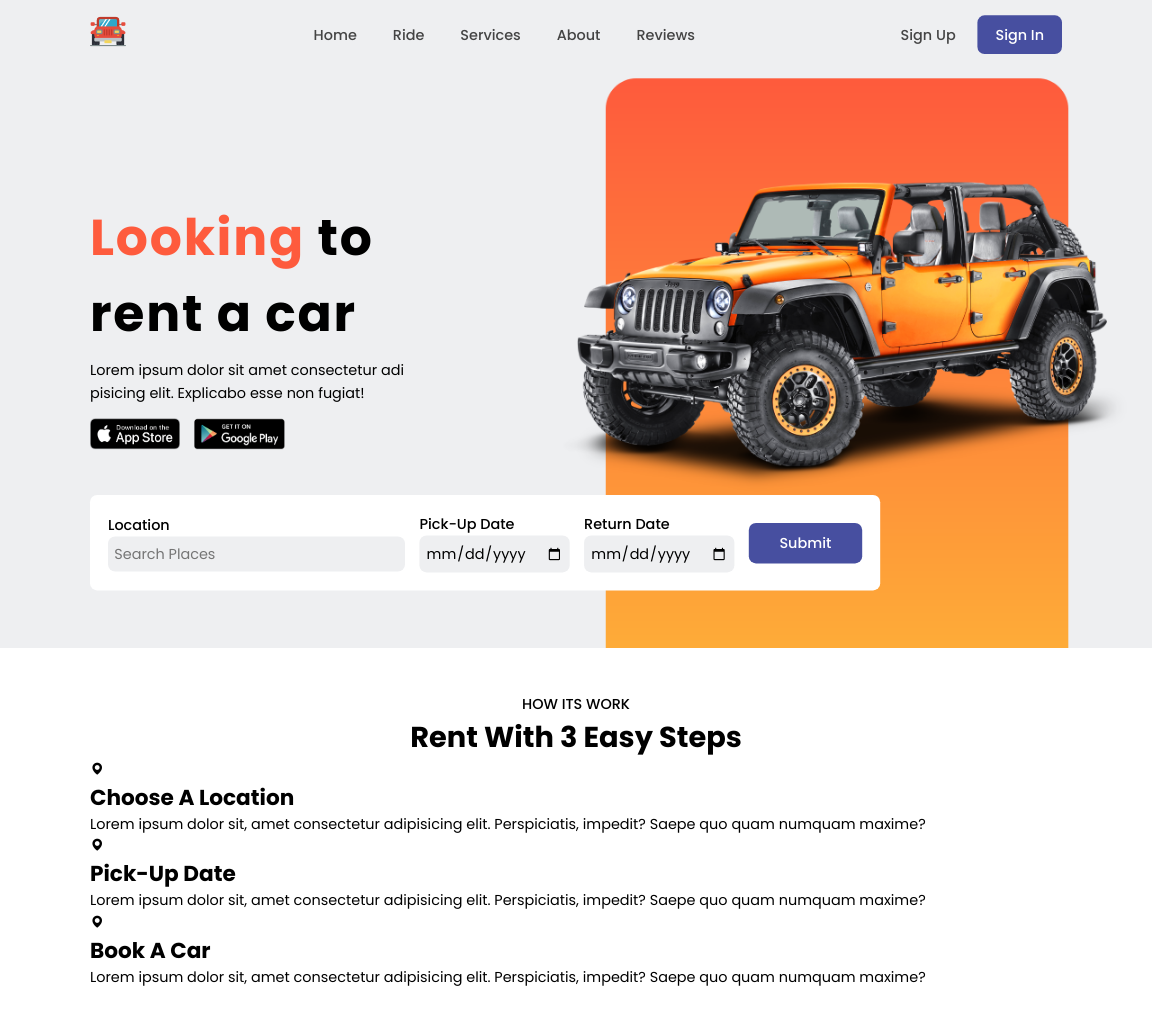
Repository: douglasabnovato/car-rental
Page: index.html
These files come from the project's save history. The page is drawn as it stood at one moment and after the next save; the edit follows.
The browser window is 1280 px wide. The pictures show the whole page, at 90% of full size.

Above is the page before, as saved 2025-05-16 13:31:50.

After the next save:
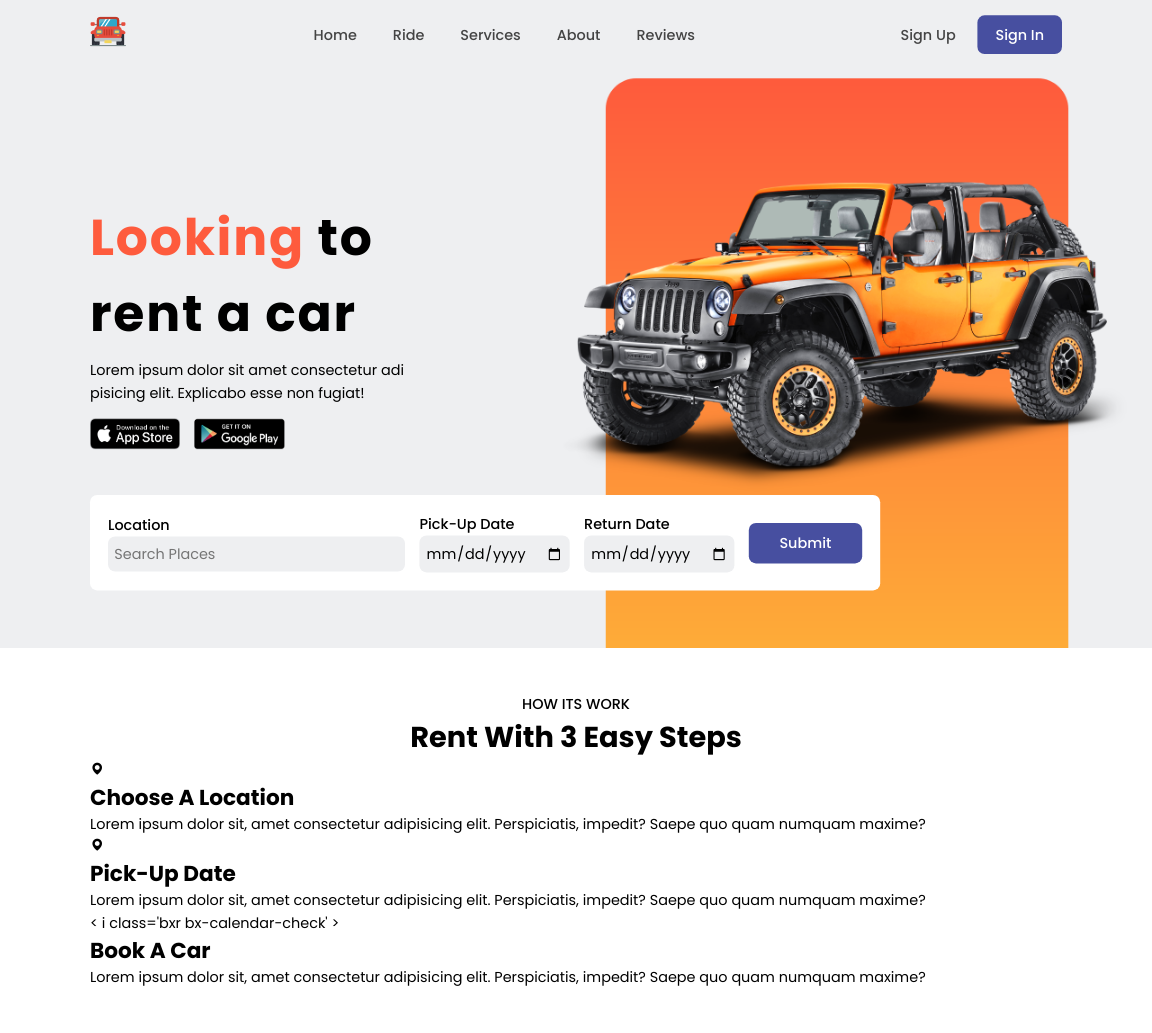
Saved 95 s later.
--- a/index.html
+++ b/index.html
@@ -89,7 +89,7 @@
           </p>
         </div>
         <div class="box">
-          <i class="bx bxs-map"></i>
+          < i class='bxr  bx-calendar-check'  ></i>
           <h2>Book A Car</h2>
           <p>
             Lorem ipsum dolor sit, amet consectetur adipisicing elit.
